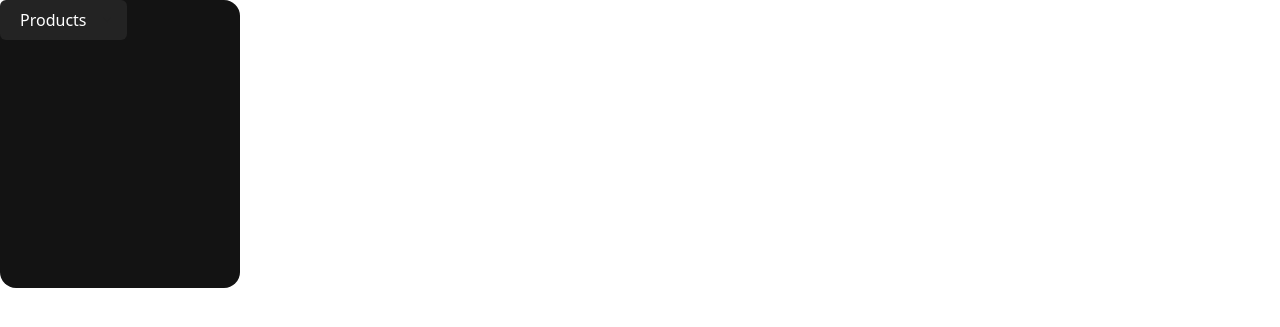
Repository: SayedJamil/Edvora-app
Page: /leftcard
These files come from the project's save history. The page is drawn as it stood at one moment and after a run of saves; the edit follows.
The browser window is 1280 px wide. The pictures show the whole page.
The project was rebuilt for these pictures with package versions that can differ from the ones it lists, and the page was loaded fresh each time. The framework's server and built-in components were replaced by stand-ins that run in the browser. Also part of the build but not shown: next.config.js.

Above is the page before, as saved 2021-12-19 16:02:28.

### pages/leftcard.js
function leftcard() {
    return (
        <div className="h-72 w-60 bg-[#131313] rounded-2xl">

            <div class="relative inline-flex">
                <svg class="w-2 h-2 absolute top-0 right-0 m-4 pointer-events-none" xmlns="http://www.w3.org/2000/svg" viewBox="0 0 412 232"><path d="M206 171.144L42.678 7.822c-9.763-9.763-25.592-9.763-35.355 0-9.763 9.764-9.763 25.592 0 35.355l181 181c4.88 4.882 11.279 7.323 17.677 7.323s12.796-2.441 17.678-7.322l181-181c9.763-9.764 9.763-25.592 0-35.355-9.763-9.763-25.592-9.763-35.355 0L206 171.144z" fill="#232323" fill-rule="nonzero" /></svg>
                <select class="rounded-md h-10 pl-5 pr-10 bg-[#232323] hover:border-[#232323] focus:outline-none appearance-none outline-none text-white">
                    <option>Products </option>
                    <option>Red</option>
                    <option>Blue</option>
                </select>
            </div>

        </div>
    )
}

export default leftcard

### styles/globals.css
body {
  margin: 0;
  padding: 0;
}
@tailwind base;
@tailwind components;
@tailwind utilities;

Loaded but not shown: pages/_app.js (common file); tailwind.config.js (common file)

After the next 4 saves:
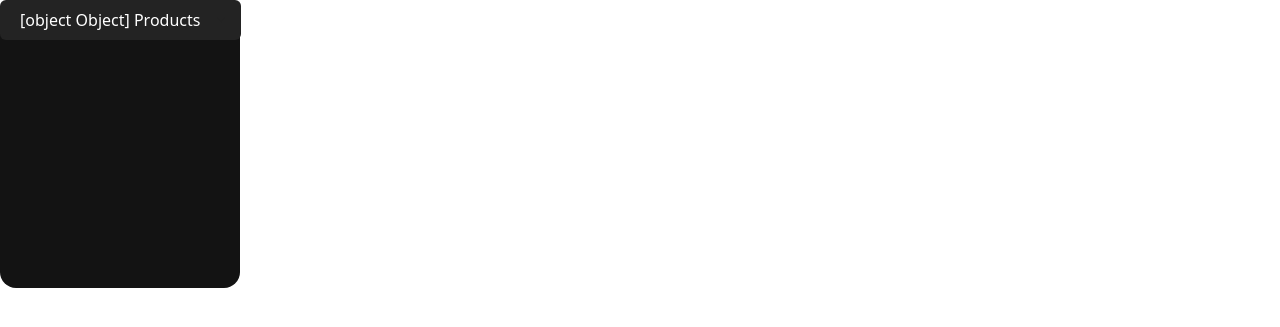
The 4 saves are shown as one change because they came seconds apart.
The last was saved 11 s later.
--- a/pages/leftcard.js
+++ b/pages/leftcard.js
@@ -5,7 +5,10 @@
             <div class="relative inline-flex">
                 <svg class="w-2 h-2 absolute top-0 right-0 m-4 pointer-events-none" xmlns="http://www.w3.org/2000/svg" viewBox="0 0 412 232"><path d="M206 171.144L42.678 7.822c-9.763-9.763-25.592-9.763-35.355 0-9.763 9.764-9.763 25.592 0 35.355l181 181c4.88 4.882 11.279 7.323 17.677 7.323s12.796-2.441 17.678-7.322l181-181c9.763-9.764 9.763-25.592 0-35.355-9.763-9.763-25.592-9.763-35.355 0L206 171.144z" fill="#232323" fill-rule="nonzero" /></svg>
                 <select class="rounded-md h-10 pl-5 pr-10 bg-[#232323] hover:border-[#232323] focus:outline-none appearance-none outline-none text-white">
-                    <option>Products </option>
+                    <option>
+                        <div><svg xmlns="http://www.w3.org/2000/svg" className="h-6 w-6" fill="none" viewBox="0 0 24 24" stroke="currentColor">
+                            <path strokeLinecap="round" strokeLinejoin="round" strokeWidth={2} d="M19 14l-7 7m0 0l-7-7m7 7V3" />
+                        </svg></div> Products </option>
                     <option>Red</option>
                     <option>Blue</option>
                 </select>

After the 2 saves that followed:
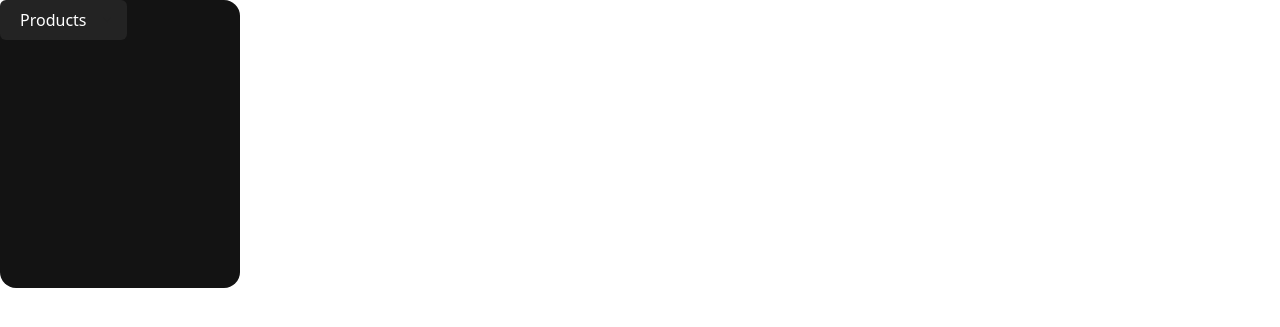
The 2 saves are shown as one change because they came seconds apart.
The last was saved 6 s later.
--- a/pages/leftcard.js
+++ b/pages/leftcard.js
@@ -5,10 +5,7 @@
             <div class="relative inline-flex">
                 <svg class="w-2 h-2 absolute top-0 right-0 m-4 pointer-events-none" xmlns="http://www.w3.org/2000/svg" viewBox="0 0 412 232"><path d="M206 171.144L42.678 7.822c-9.763-9.763-25.592-9.763-35.355 0-9.763 9.764-9.763 25.592 0 35.355l181 181c4.88 4.882 11.279 7.323 17.677 7.323s12.796-2.441 17.678-7.322l181-181c9.763-9.764 9.763-25.592 0-35.355-9.763-9.763-25.592-9.763-35.355 0L206 171.144z" fill="#232323" fill-rule="nonzero" /></svg>
                 <select class="rounded-md h-10 pl-5 pr-10 bg-[#232323] hover:border-[#232323] focus:outline-none appearance-none outline-none text-white">
-                    <option>
-                        <div><svg xmlns="http://www.w3.org/2000/svg" className="h-6 w-6" fill="none" viewBox="0 0 24 24" stroke="currentColor">
-                            <path strokeLinecap="round" strokeLinejoin="round" strokeWidth={2} d="M19 14l-7 7m0 0l-7-7m7 7V3" />
-                        </svg></div> Products </option>
+                    <option>Products </option>
                     <option>Red</option>
                     <option>Blue</option>
                 </select>
